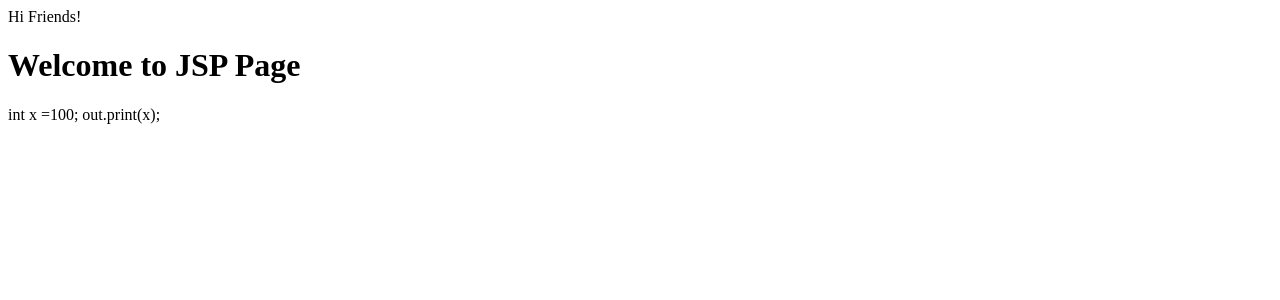
Repository: javeed512/jsp_repo
Page: http://localhost/JSP_LifeCycle/hello.jsp
An editor plug-in stored every save of this project. The page is shown before and after the next save, followed by the edit.
The browser window is 1280 px wide. The pictures show the whole page.
The page is served by Tomcat 9.

Above is the page before, as saved 2022-03-14 11:17:23.

### JSP_LifeCycle/WebContent/hello.jsp
<%@ page language="java" contentType="text/html; charset=ISO-8859-1"
    pageEncoding="ISO-8859-1"%>
<!DOCTYPE html>
<html>
<head>
<meta charset="ISO-8859-1">
<title>Insert title here</title>
</head>
<body>
Hi Friends!
<h1>Welcome to JSP Page</h1>

	int x =100;

		out.print(x);

</body>
</html>

After the next save:
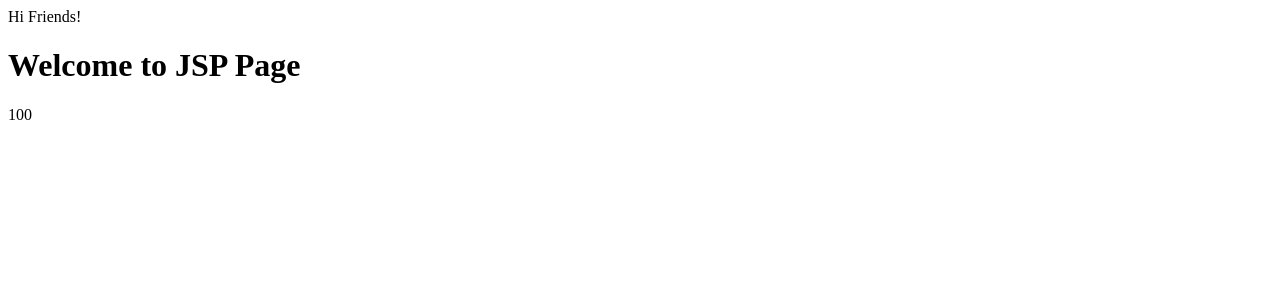
Saved 2 min 12 s later.
--- a/JSP_LifeCycle/WebContent/hello.jsp
+++ b/JSP_LifeCycle/WebContent/hello.jsp
@@ -10,9 +10,14 @@
 Hi Friends!
 <h1>Welcome to JSP Page</h1>
 
+	<%
+
 	int x =100;
 
-		out.print(x);
+	out.print(x); // this is scriplet where java code can be written
+
+
+	%>
 
 </body>
 </html>
